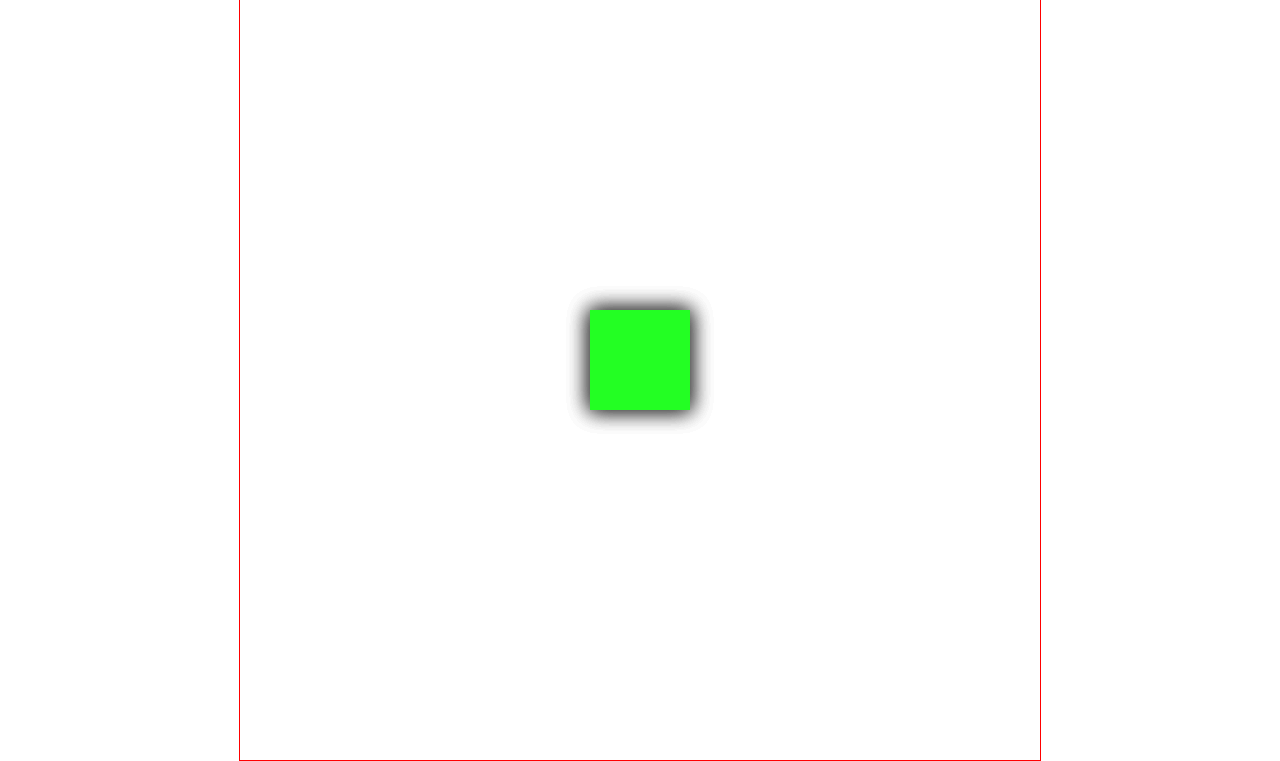
Repository: randgars/game
Page: index.html
The author's editor kept a copy of each file at every save. The page is drawn from the files as they stood at one save, then again after the next save.
The browser window is 1280 px wide. The pictures show the whole page.

Above is the page before, as saved 2017-09-29 10:55:13.

After the next save:
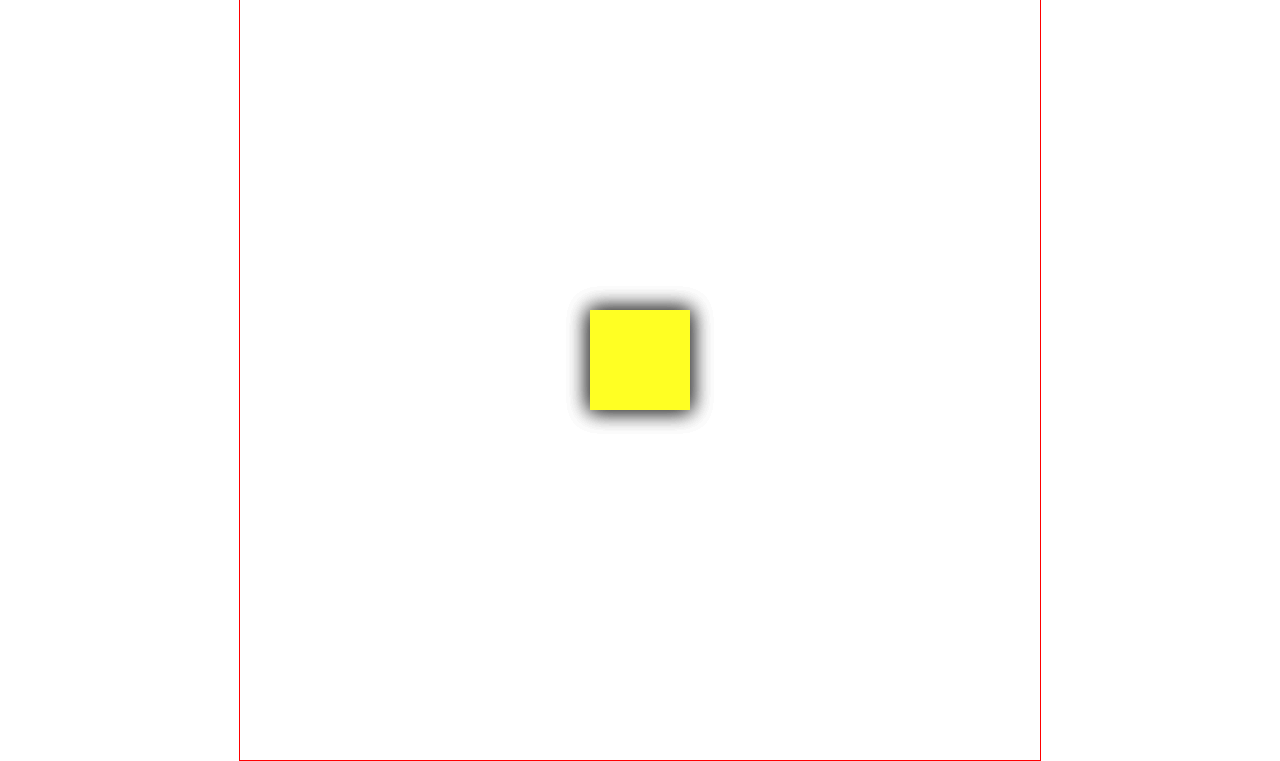
Saved 3 min 9 s later.
--- a/style.css
+++ b/style.css
@@ -15,7 +15,6 @@ body {
 .square {
     height: 100px;
     width: 100px;
-    background-color: rgba(35, 255, 35, 1);
     box-shadow: 0 0 20px rgba(0, 0, 0, .4);
     position: absolute;
     top: calc(50% - 50px);
@@ -26,7 +25,6 @@ body {
     animation-duration: 5s;
     animation-iteration-count: infinite;
     animation-timing-function: linear;
-    animation-direction: reverse;
 }
 .second {
     animation-name: second;
@@ -39,7 +37,6 @@ body {
     animation-duration: 5s;
     animation-iteration-count: infinite;
     animation-timing-function: linear;
-    animation-direction: reverse;
 }
 .fourth {
     animation-name: fourth;
@@ -54,7 +51,8 @@ body {
 
 @keyframes first {
     from {
-        transform: rotate(0deg);
+        transform: rotate(360deg);
+        background-color: rgba(35, 255, 35, 1);
     }
     25% {
         background-color: rgba(35, 35, 255, 1);
@@ -68,12 +66,13 @@ body {
         background-color: rgba(255, 255, 35, 1);
     }
     to {
-        transform: rotate(360deg);
+        transform: rotate(0deg);
     }
 }
 @keyframes second {
     from {
         transform: rotate(0deg);
+        background-color: rgba(35, 35, 255, 1);
     }
     25% {
         background-color: rgb(255, 35, 35);
@@ -81,10 +80,10 @@ body {
     50% {
         top: calc(25% - 50px);
         left: calc(75% - 50px);
-        background-color: rgba(35, 35, 255, 1);
+        background-color: rgba(255, 255, 35, 1);
     }
     75% {
-        background-color: rgba(255, 255, 35, 1);
+        background-color: rgba(35, 255, 35, 1);
     }
     to {
         transform: rotate(360deg);
@@ -92,7 +91,8 @@ body {
 }
 @keyframes third {
     from {
-        transform: rotate(0deg);
+        transform: rotate(360deg);
+        background-color: rgb(255, 35, 35);
     }
     25% {
         background-color: rgba(255, 255, 35, 1);
@@ -100,29 +100,30 @@ body {
     50% {
         top: calc(75% - 50px);
         left: calc(75% - 50px);
-        background-color: rgb(255, 35, 35);
+        background-color: rgba(35, 255, 35, 1);
     }
     75% {
         background-color: rgba(35, 35, 255, 1);
     }
     to {
-        transform: rotate(360deg);
+        transform: rotate(0deg);
     }
 }
 @keyframes fourth {
     from {
         transform: rotate(0deg);
+        background-color: rgba(255, 255, 35, 1);
     }
     25% {
-        background-color: rgba(35, 35, 255, 1);
+        background-color: rgba(35, 255, 35, 1);
     }
     50% {
         top: calc(75% - 50px);
         left: calc(25% - 50px);
-        background-color: rgb(255, 35, 35);
+        background-color: rgba(35, 35, 255, 1);
     }
     75% {
-        background-color: rgba(255, 255, 35, 1);
+        background-color: rgb(255, 35, 35);
     }
     to {
         transform: rotate(360deg);
